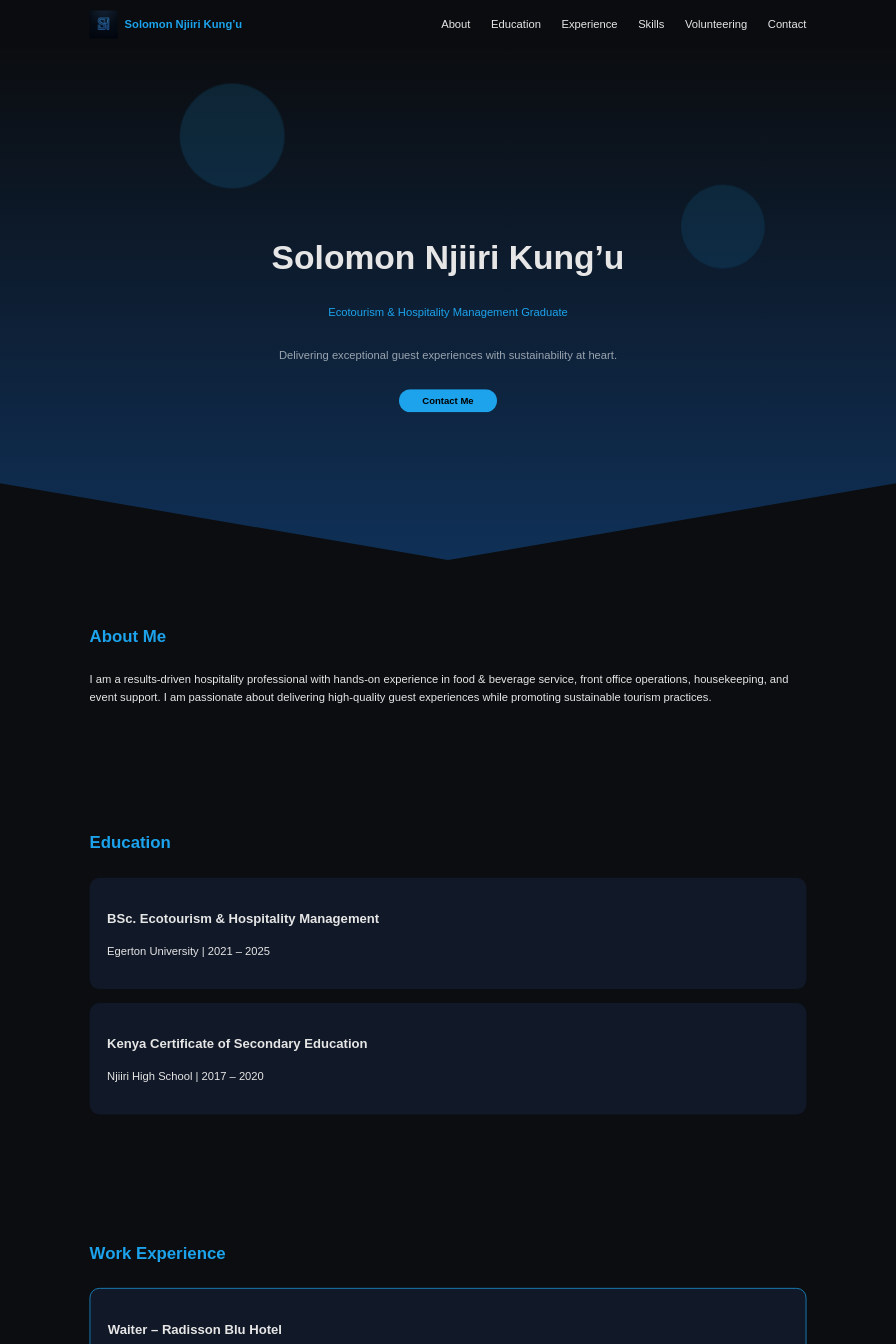
Repository: ladygit-comits/Solomon_Portfolio
Page: index.html
The author's editor kept a copy of each file at every save. The page is drawn from the files as they stood at one save, then again after the next save.
The browser window is 1280 px wide. The pictures show the part of the page from y = 0 to 1920 px (the page is 4288 px tall before and 4278 px after), at 70% of full size.

Above is the page before, as saved 2025-12-31 13:59:11.

### index.html
<!DOCTYPE html>
<html lang="en">
<head>
  <meta charset="UTF-8">
  <title>Solomon Njiiri Kung’u | Hospitality Management</title>
  <link rel="icon" href="images/solomon-favicon.png" type="image/png">
  <link rel="apple-touch-icon" sizes="180x180" href="images/solomon-favicon.png">
  <link rel="stylesheet" href="style.css">
</head>
<body>
<!-- NAVBAR -->
<header class="navbar">
  <div class="logo">
    <img src="images/solomon-favicon.png" alt="Solomon Logo" class="logo-img">
    Solomon Njiiri Kung’u
  </div>
  <nav>
    <a href="#about">About</a>
    <a href="#education">Education</a>
    <a href="#experience">Experience</a>
    <a href="#skills">Skills</a>
    <a href="#volunteering">Volunteering</a>
    <a href="#contact">Contact</a>
  </nav>
</header>

  <!-- HERO -->
  <section class="hero">
    <h1>Solomon Njiiri Kung’u</h1>
    <p class="subtitle">Ecotourism & Hospitality Management Graduate</p>
    <p class="tagline">
      Delivering exceptional guest experiences with sustainability at heart.
    </p>
    <a href="#contact" class="btn">Contact Me</a>
  </section>

  <!-- ABOUT -->
  <section id="about" class="section">
    <h2>About Me</h2>
    <p>
      I am a results-driven hospitality professional with hands-on experience in
      food & beverage service, front office operations, housekeeping, and event support.
      I am passionate about delivering high-quality guest experiences while promoting
      sustainable tourism practices.
    </p>
  </section>

  <!-- EDUCATION -->
  <section id="education" class="section">
    <h2>Education</h2>
    <div class="card">
      <h3>BSc. Ecotourism & Hospitality Management</h3>
      <p>Egerton University | 2021 – 2025</p>
    </div>
    <div class="card">
      <h3>Kenya Certificate of Secondary Education</h3>
      <p>Njiiri High School | 2017 – 2020</p>
    </div>
  </section>

  <!-- EXPERIENCE -->
  <section id="experience" class="section">
    <h2>Work Experience</h2>

    <div class="card highlight">
      <h3>Waiter – Radisson Blu Hotel</h3>
      <p>August 2025</p>
      <ul>
        <li>Delivered high-quality customer service in a fast-paced luxury hotel.</li>
        <li>Supported international events hosted by the World Bank, IMF, and University of Antwerp.</li>
        <li>Provided professional service to international delegates.</li>
      </ul>
    </div>

    <div class="card">
      <h3>Waiter – Shuhan Hotel, Thika</h3>
      <p>February 2025</p>
      <ul>
        <li>Provided excellent customer service.</li>
        <li>Assisted in housekeeping and hygiene maintenance.</li>
      </ul>
    </div>

    <div class="card">
      <h3>Intern – Hotel Operations</h3>
      <p>May 2024 – August 2024</p>
      <ul>
        <li>Housekeeping & guestroom standards.</li>
        <li>Front office check-ins and reservations.</li>
        <li>Kitchen stewarding and hygiene.</li>
        <li>Food & beverage service.</li>
      </ul>
    </div>
  </section>

  <!-- SKILLS -->
 <section id="skills" class="section">
  <h2>Key Skills</h2>
  <div class="skills">
    <div class="skill">
      <span>Customer Service</span>
      <div class="skill-bar"><div class="skill-fill" style="width: 90%;"></div></div>
    </div>
    <div class="skill">
      <span>Food & Beverage Service</span>
      <div class="skill-bar"><div class="skill-fill" style="width: 85%;"></div></div>
    </div>
    <div class="skill">
      <span>Front Office Operations</span>
      <div class="skill-bar"><div class="skill-fill" style="width: 80%;"></div></div>
    </div>
    <div class="skill">
      <span>Housekeeping Standards</span>
      <div class="skill-bar"><div class="skill-fill" style="width: 85%;"></div></div>
    </div>
    <div class="skill">
      <span>Event Support</span>
      <div class="skill-bar"><div class="skill-fill" style="width: 80%;"></div></div>
    </div>
    <div class="skill">
      <span>Sustainable Tourism</span>
      <div class="skill-bar"><div class="skill-fill" style="width: 75%;"></div></div>
    </div>
  </div>
</section>


  <!-- VOLUNTEERING -->
  <section id="volunteering" class="section">
    <h2>Volunteering</h2>
    <div class="card">
      <h3>Volunteer – KSPCA (Dogtober Festival)</h3>
      <p>October 2024</p>
      <ul>
        <li>Welcomed guests and provided event guidance.</li>
        <li>Assisted with pet handling and guest engagement.</li>
      </ul>
    </div>
  </section>

  <!-- CONTACT -->
  <section class="section contact" id="contact">
    <h2>Contact</h2>
    <p>Email: <a href="mailto:kungunjiiri@gmail.com">kungunjiiri@gmail.com</a></p>
    <p>Phone: 0112619291</p>
  </section>
<script src="script.js"></script>
<button id="scrollTopBtn" title="Go to top">
  <svg xmlns="http://www.w3.org/2000/svg" viewBox="0 0 24 24" width="24" height="24" fill="none" stroke="#000" stroke-width="2" stroke-linecap="round" stroke-linejoin="round">
    <line x1="12" y1="19" x2="12" y2="5"/>
    <polyline points="5 12 12 5 19 12"/>
  </svg>
</button>


</body>
</html>

### style.css
:root {
  --black: #0B0D10;
  --dark-blue: #0F3057;
  --accent-blue: #1CA3EC;
  --text-light: #E6E6E6;
  --muted-gray: #9AA4AF;
}

body {
  margin: 0;
  font-family: "Poppins", sans-serif;
  background: var(--black);
  color: var(--text-light);
  line-height: 1.6;
}

.hero {
  min-height: 100vh;
  padding: 10px 20px 0;
  text-align: center;
  background: linear-gradient(180deg, #0B0D10, #0F3057);
  position: relative;
  color: var(--text-light);
  display: flex;
  flex-direction: column;
  justify-content: center;
  clip-path: polygon(0 0, 100% 0, 100% 85%, 50% 100%, 0 85%);
}



.hero h1 {
  font-size: 3rem;
  margin-bottom: 10px;
}

.subtitle {
  color: var(--accent-blue);
  font-weight: 500;
}

.tagline {
  max-width: 600px;
  margin: 20px auto;
  color: var(--muted-gray);
}

.btn {
  width: 140px;
  display: inline-block;
  margin: 15px auto 0;
  padding: 6px 0;
  background: var(--accent-blue);
  color: #000;
  text-decoration: none;
  border-radius: 20px;
  font-weight: 600;
  font-size: 0.85rem;
  position: relative;
  overflow: hidden;
  transition: all 0.3s ease;
  text-align: center;
}

.btn::after {
  content: '';
  position: absolute;
  top: 0;
  left: -75%;
  width: 50%;
  height: 100%;
  background: linear-gradient(120deg, rgba(255,255,255,0.2), rgba(255,255,255,0.5), rgba(255,255,255,0.2));
  transform: skewX(-25deg);
  transition: all 0.7s;
}

.btn:hover::after {
  left: 125%;
}


.section {
  padding: 70px 10%;
}

.section h2 {
  color: var(--accent-blue);
  margin-bottom: 30px;
}

.card {
  background: #111827;
  padding: 25px;
  border-radius: 14px;
  margin-bottom: 20px;
  transition: transform 0.3s ease, box-shadow 0.3s ease;
}

.card.highlight {
  border: 1px solid var(--accent-blue);
}

.skills span {
  display: inline-block;
  background: #1f2933;
  padding: 10px 16px;
  margin: 8px;
  border-radius: 20px;
  font-size: 0.9rem;
}

.contact a {
  color: var(--accent-blue);
  text-decoration: none;
}

.hero h1, .subtitle, .tagline, .btn {
  transform: translateY(20px);
  opacity: 0;
}

.btn:hover {
  box-shadow: 0 0 20px var(--accent-blue), 0 0 40px var(--accent-blue);
  transform: translateY(-3px);
}

.navbar {
  position: sticky;
  top: 0;
  display: flex;
  justify-content: space-between;
  align-items: center;
  padding: 15px 10%;
  background: rgba(11,13,16,0.95);
  z-index: 1000;
}

.navbar .logo {
  font-weight: 700;
  color: var(--accent-blue);
}

.navbar nav a {
  color: var(--text-light);
  margin-left: 25px;
  text-decoration: none;
  font-weight: 500;
  transition: color 0.3s;
}

.navbar nav a:hover {
  color: var(--accent-blue);
}
#scrollTopBtn {
  position: fixed;
  bottom: 30px;
  right: 30px;
  width: 50px;
  height: 50px;
  border: none;
  border-radius: 50%;
  background-color: var(--accent-blue);
  cursor: pointer;
  display: none;
  align-items: center;
  justify-content: center;
  z-index: 1000;
  box-shadow: 0 4px 12px rgba(28,163,236,0.4);
  transition: transform 0.3s, opacity 0.3s;
  padding: 0;
}

#scrollTopBtn svg {
  width: 24px;
  height: 24px;
  stroke: #000;
}

#scrollTopBtn:hover {
  transform: translateY(-3px);
  opacity: 0.8;
}

.typewriter {
  overflow: hidden;
  border-right: 2px solid var(--accent-blue);
  white-space: nowrap;
  margin: 0 auto;
  letter-spacing: 2px;
  animation: typing 4s steps(60, end), blink 0.7s infinite;
}

@keyframes typing {
  from { width: 0; }
  to { width: 100%; }
}

@keyframes blink {
  50% { border-color: transparent; }
}

.hero::before {
  content: '';
  position: absolute;
  width: 150px;
  height: 150px;
  background: var(--accent-blue);
  border-radius: 50%;
  top: 50px;
  left: 20%;
  opacity: 0.15;
  animation: float 6s ease-in-out infinite alternate;
}

.hero::after {
  content: '';
  position: absolute;
  width: 120px;
  height: 120px;
  background: var(--accent-blue);
  border-radius: 50%;
  top: 200px;
  right: 15%;
  opacity: 0.12;
  animation: float 8s ease-in-out infinite alternate-reverse;
}

@keyframes float {
  0% { transform: translateY(0) translateX(0); }
  50% { transform: translateY(-20px) translateX(15px); }
  100% { transform: translateY(0) translateX(0); }
}
.skills .skill {
  margin-bottom: 15px;
}

.skill-bar {
  background: #1f2933;
  border-radius: 20px;
  overflow: hidden;
  height: 12px;
  margin-top: 5px;
}

.skill-fill {
  background: var(--accent-blue);
  height: 100%;
  width: 0;
  border-radius: 20px;
  transition: width 2s ease-in-out;
}

/* shimmer CTA button */
.btn {
  position: relative;
  overflow: hidden;
}

.btn::after {
  content: '';
  position: absolute;
  top: 0;
  left: -75%;
  width: 50%;
  height: 100%;
  background: linear-gradient(120deg, rgba(255,255,255,0.2), rgba(255,255,255,0.5), rgba(255,255,255,0.2));
  transform: skewX(-25deg);
  transition: all 0.7s;
}

.btn:hover::after {
  left: 125%;
}
.navbar .logo {
  display: flex;
  align-items: center;
  font-weight: 700;
  color: var(--accent-blue);
}

.navbar .logo-img {
  width: 40px;
  height: 40px;
  margin-right: 10px;
}

### script.js
document.addEventListener('DOMContentLoaded', function() {
  const heroElements = document.querySelectorAll('.hero h1, .subtitle, .tagline, .btn');
  heroElements.forEach((el, i) => {
    el.style.opacity = 0;
    setTimeout(() => {
      el.style.transition = 'opacity 1s ease-out, transform 1s ease-out';
      el.style.opacity = 1;
      el.style.transform = 'translateY(0)';
    }, i * 300);
  });

  const cards = document.querySelectorAll('.card');
  cards.forEach(card => {
    card.addEventListener('mouseenter', () => {
      card.style.transform = 'translateY(-10px)';
      card.style.boxShadow = '0 15px 30px rgba(28,163,236,0.3)';
    });
    card.addEventListener('mouseleave', () => {
      card.style.transform = 'translateY(0)';
      card.style.boxShadow = 'none';
    });
  });

  const links = document.querySelectorAll('a[href^="#"]');
  links.forEach(link => {
    link.addEventListener('click', function(e) {
      e.preventDefault();
      document.querySelector(this.getAttribute('href')).scrollIntoView({behavior: 'smooth'});
    });
  });

  const scrollBtn = document.getElementById('scrollTopBtn');
  window.onscroll = function() {
    if (document.body.scrollTop > 300 || document.documentElement.scrollTop > 300) {
      scrollBtn.style.display = "block";
    } else {
      scrollBtn.style.display = "none";
    }
  };
  scrollBtn.addEventListener('click', function() {
    window.scrollTo({top: 0, behavior: 'smooth'});
  });

  const tagline = document.querySelector('.tagline');
  const text = tagline.textContent;
  tagline.textContent = '';
  let i = 0;
  function typeWriter() {
    if (i < text.length) {
      tagline.textContent += text.charAt(i);
      i++;
      setTimeout(typeWriter, 50);
    }
  }
  typeWriter();
});
const skillFills = document.querySelectorAll('.skill-fill');

function animateSkills() {
  const triggerBottom = window.innerHeight - 100;
  skillFills.forEach(skill => {
    const skillTop = skill.getBoundingClientRect().top;
    if(skillTop < triggerBottom) {
      skill.style.width = skill.getAttribute('style').replace('width: ', '');
    }
  });
}

window.addEventListener('scroll', animateSkills);
window.addEventListener('load', animateSkills);

After the next save:
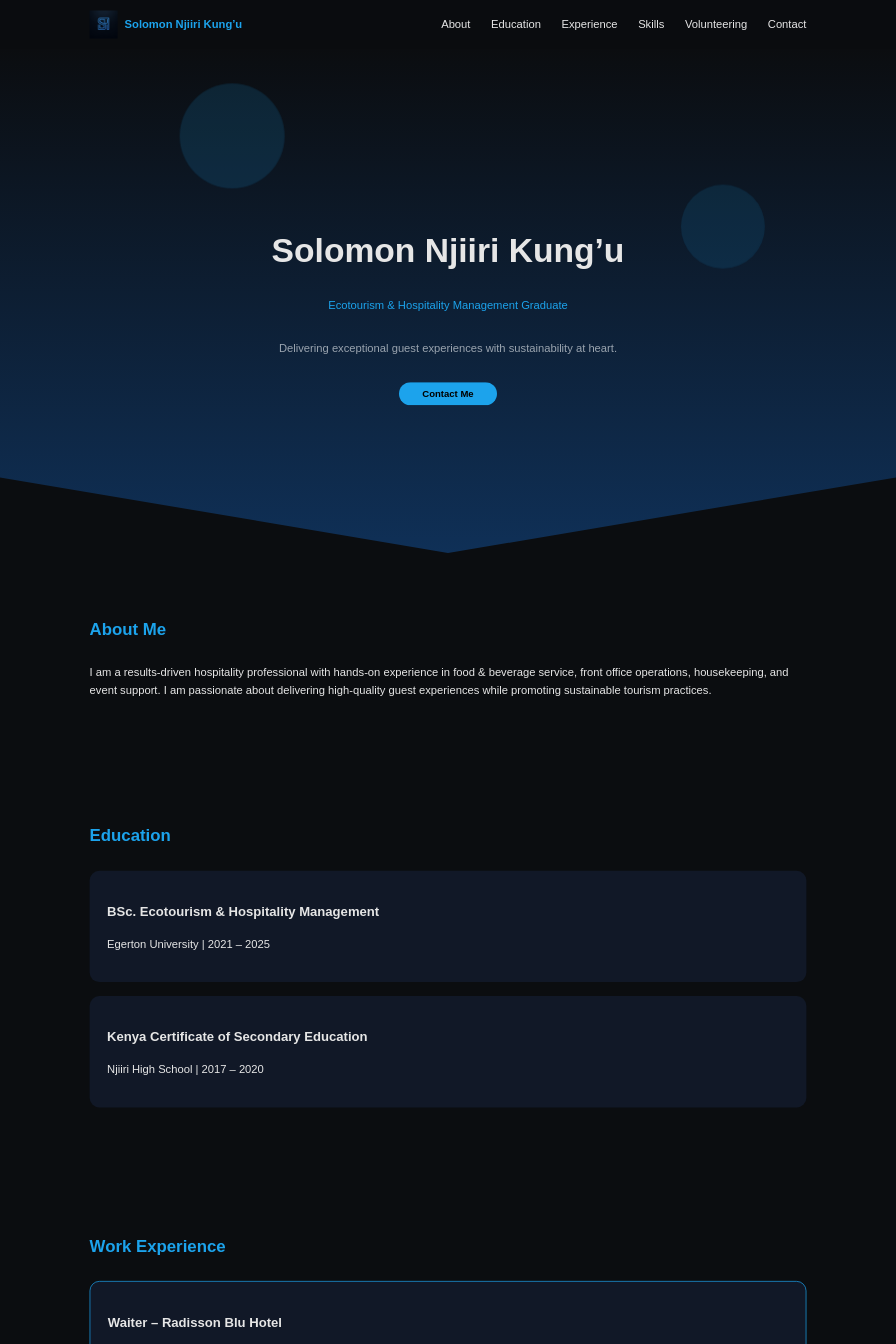
Saved 11 s later.
--- a/style.css
+++ b/style.css
@@ -16,7 +16,7 @@ body {
 
 .hero {
   min-height: 100vh;
-  padding: 10px 20px 0;
+  padding: 0 20px 0;
   text-align: center;
   background: linear-gradient(180deg, #0B0D10, #0F3057);
   position: relative;
